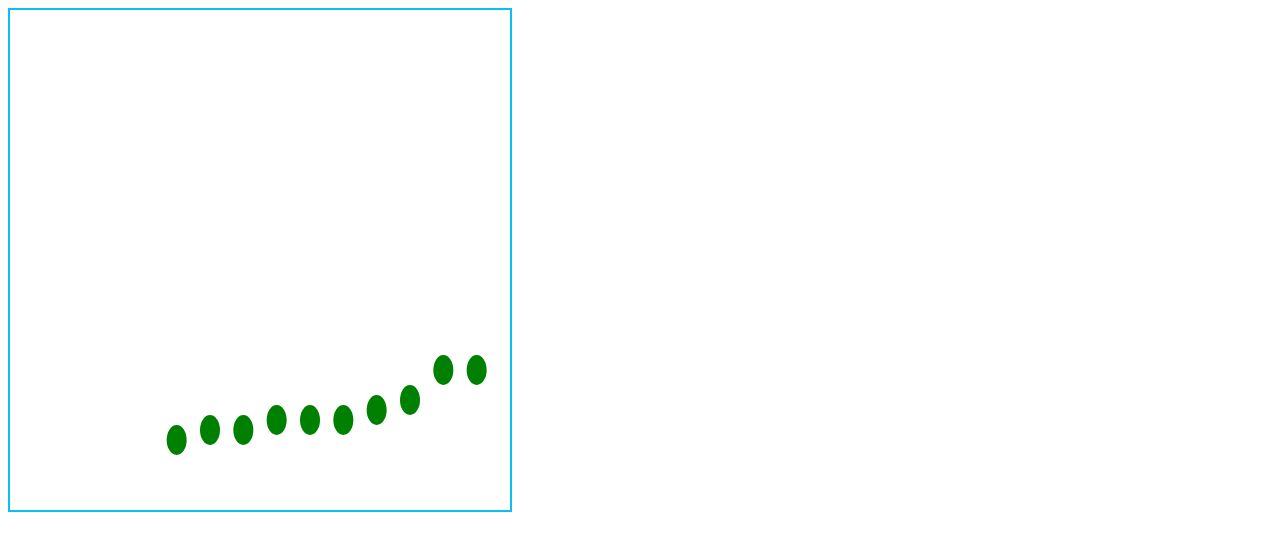
Repository: Jubair-Ahmed-Junjun/js-graphics
Page: Scatter Plots.html
An editor plug-in stored every save of this project. The page is shown before and after the next save, followed by the edit.
The browser window is 1280 px wide. The pictures show the whole page.

Above is the page before, as saved 2022-08-08 21:49:06.

After the next save:
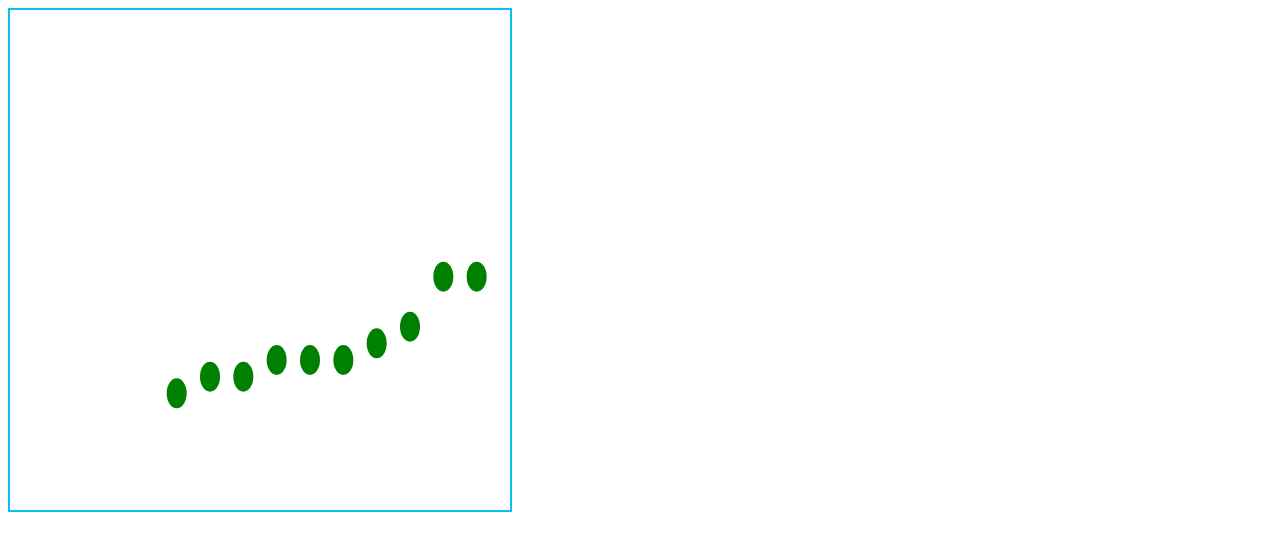
Saved 8 s later.
--- a/Scatter Plots.html
+++ b/Scatter Plots.html
@@ -18,7 +18,7 @@ const yArray = [7,8,8,9,9,9,10,11,14,14,15];
 ctx.fillStyle = "green";
 for (let i = 0; i < xArray.length-1; i++) {
   let x = xArray[i] * xMax/150;
-  let y = yArray[i] * yMax/50;
+  let y = yArray[i] * yMax/30;
   ctx.beginPath();
   ctx.ellipse(x, y, 10, 15, 0, 0, Math.PI * 2);
 
